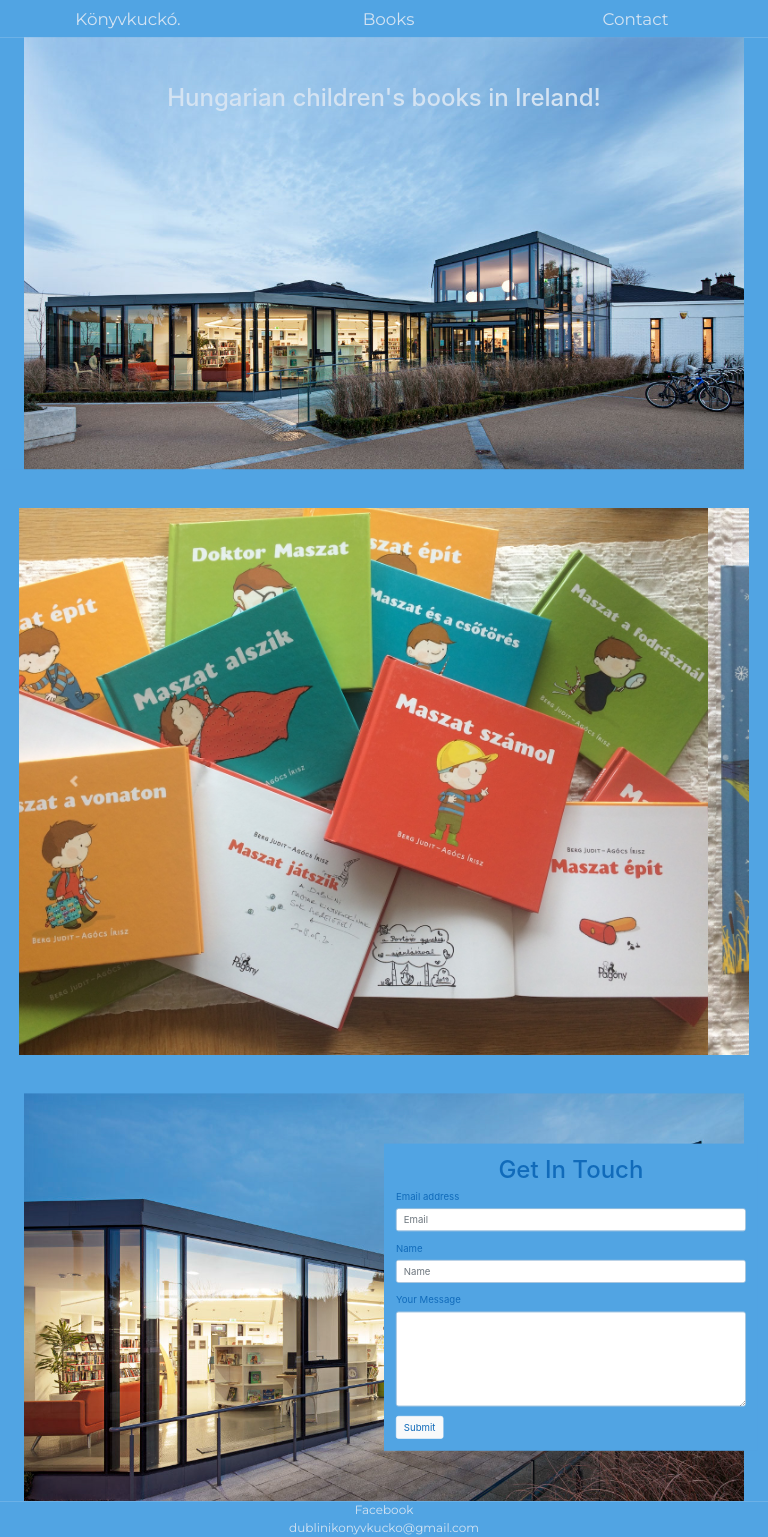
Repository: taikatta/Konyvkucko
Page: index.html
The author's editor kept a record of every edit. The page is drawn from the files as they stood at one moment, then again after the next edit.
The browser window is 1280 px wide. The pictures show the whole page, at 60% of full size.
Backgrounds fixed to the window are drawn as part of the page.

Above is the page before.

### index.html
<!DOCTYPE html>
<html lang="en">

<head>
    <meta charset="UTF-8">
    <meta name="viewport" content="width=device-width, initial-scale=1.0">
    <meta http-equiv="X-UA-Compatible" content="ie=edge">
    <link rel="stylesheet" href="https://stackpath.bootstrapcdn.com/bootstrap/4.3.1/css/bootstrap.min.css" type="text/css" />
    <link rel="stylesheet" href="https://stackpath.bootstrapcdn.com/font-awesome/4.7.0/css/font-awesome.min.css" type="text/css" />

    <link rel="stylesheet" href="css/style.css" type="text/css" />
    <title>Dublini Magyar Könyvkuckó</title>
</head>

<body>
    <header>
        <div class="row no-gutters">
            <a href="index.html" style="text-decoration: none" class="col-md-4 brand">Könyvkuckó.</a>
            <div class="col-md-8 d-none d-md-block">
                <div class="col">
                    <ul id="nav" class="list-inline menucontainer">
                        <li class="col-6 list-inline-item menuitem">
                            <a href="#books"><span>Books</span></a>
                        </li>
                        <li class="col-6 list-inline-item menuitem">
                            <a href="#contact"><span>Contact</span></a>
                        </li>
                    </ul>
                </div>
            </div>
        </div>
    </header>


    <section>
        <div class="home-background firstphoto">
            <h1 class="introduction">Hungarian children's books in Ireland!</h1>
        </div>


        <section id="books" class="jumbotron">
            <div id="carouselExampleControls" class="carousel slide" data-ride="carousel">
                <div class="carousel-inner">
                    <div class="carousel-item active">
                        <img class="d-block w-100" src="images/Maszat.jpg" alt="Maszat">
                    </div>
                    <div class="carousel-item">
                        <img class="d-block w-100" src="images/Lenge.jpg" alt="Lenge mesek">
                    </div>
                    <div class="carousel-item">
                        <img class="d-block w-100" src="images/Varro.jpg" alt="Varro Dani">
                    </div>
                </div>
                <a class="carousel-control-prev" href="#carouselExampleControls" role="button" data-slide="prev">
                <span class="carousel-control-prev-icon" aria-hidden="true"></span>
                <span class="sr-only">Previous</span>
             </a>
                <a class="carousel-control-next" href="#carouselExampleControls" role="button" data-slide="next">
                <span class="carousel-control-next-icon" aria-hidden="true"></span>
                <span class="sr-only">Next</span>
              </a>
            </div>
        </section>


       <!-- <div class="home-background secondphoto">
        </div> -->

        <section id="contact" class="jumbotron">
            <div class="row">
                <div class="col-sm-6"></div>
                <div class="col-xs-12 col-sm-6" id= "contactform" >
                    <h1 style="text-align: center">Get In Touch</h1>
                    <form>
                        <div class="form-group">
                            <label for="exampleFormControlInput1">Email address</label>
                            <input type="email" class="form-control" id="exampleFormControlInput1" placeholder="Email">
                        </div>
                        <div class="form-group">
                            <label for="exampleFormControlInput1">Name</label>
                            <input type="text" class="form-control" id="exampleFormControlInput1" placeholder="Name">
                        </div>

                        <div class="form-group">
                            <label for="exampleFormControlTextarea1">Your Message</label>
                            <textarea class="form-control" id="exampleFormControlTextarea1" rows="6"></textarea>
                        </div>
                        <button type="submit" class="btn btn-light" style="color: #116bba">Submit</button>
                    </form>

                </div>
            </div>

        </section>

      <!--  <div class="home-background thirdphoto">
        </div> -->

    </section>
    <footer>
        <div>
            <a href="https://www.facebook.com/konyvkucko/" target="_blank" style="text-decoration: none">
                <span style="color: #d4e3f2">Facebook</span></a>
            <br>
            <span>dublinikonyvkucko@gmail.com</span>
        </div>
    </footer>

    <script src="https://code.jquery.com/jquery-3.3.1.slim.min.js" integrity="sha384-q8i/X+965DzO0rT7abK41JStQIAqVgRVzpbzo5smXKp4YfRvH+8abtTE1Pi6jizo" crossorigin="anonymous"></script>
    <script src="https://cdnjs.cloudflare.com/ajax/libs/popper.js/1.14.7/umd/popper.min.js" integrity="sha384-UO2eT0CpHqdSJQ6hJty5KVphtPhzWj9WO1clHTMGa3JDZwrnQq4sF86dIHNDz0W1" crossorigin="anonymous"></script>
    <script src="https://stackpath.bootstrapcdn.com/bootstrap/4.3.1/js/bootstrap.min.js" integrity="sha384-JjSmVgyd0p3pXB1rRibZUAYoIIy6OrQ6VrjIEaFf/nJGzIxFDsf4x0xIM+B07jRM" crossorigin="anonymous"></script>

</body>

</html>

### css/style.css
@import url('https://fonts.googleapis.com/css?family=Montserrat&display=swap:100, 200, 300, 400, 500, 600, 700');

/*--------------------------------------------Colors*/

header {
    margin: 0;
    background-color: #51a4e3; /* #1d7fcf; */
    text-align: center;
}


.introduction {
    text-align: center;
    height: 560px;

}

section {
    background-color: #51a4e3;
}

html {
  scroll-behavior: smooth;
}

#contactform {
    background-color: #51a4e3;
    margin: 20px auto;
    padding: 20px;
    color: #116bba;
}

#contact {
    background: url("../images/deansgrange3.jpg") no-repeat center fixed;
}

.jumbotron {
    margin-bottom: 0;
}

.home-background {
    color: #d4e3f2;
    height: 100vh;
    background-position: center;
    -webkit-background-size: cover;
    -moz-background-size: cover;
    -o-background-size: cover;
    background-size: cover;
    display: flex;
    align-items: center;
    justify-content:center;
    position: relative;
}

.firstphoto {
    background: url("../images/deansgrange1.jpg") no-repeat center fixed;
}

.secondphoto {
    background: url("../images/deansgrange4.jpg") no-repeat center fixed;
}



.list-inline-item:not(:last-child) {
    margin: 0;
}

#books {
    margin: 0;
    background-color: #51a4e3;
}

.menucontainer {
    font-size: 0;
    min-height: 60px;
}

.menuitem a {
    width: 100%;
    text-decoration: none;
}

#nav li {
    font-family: "Montserrat", sans-serif;
    font-weight: 200;
    font-size: 28px;
    margin-top: 10px;
    margin-bottom: 10px;
    text-align: center;
}

#nav span {
    color: #d4e3f2;
}

.brand {
    color: #d4e3f2;
    font-family: "Montserrat", sans-serif;
    font-weight: 200;
    font-size: 28px;
    margin-top: 10px;
    margin-bottom: 10px;
    text-align: center;
}

.brand:hover {
    color: #d4e3f2;
}

#nav {
    margin: 0;
}


.page-title h1 {
    padding-top: 10px;
    text-align: center;
}

.container {
    padding: 10px 0;
    background-color: #d4e3f2;

}

#button1, #button2, #button3, #button4 {
    margin-top: 10px;
    margin-bottom: 10px;
}

footer  {
    font-family: "Montserrat", sans-serif;
    font-weight: 100;
    font-size: 20px;
    color: #d4e3f2;
    background-color: #51a4e3;
    text-align: center;
    margin: 0;
}

After the next edit:
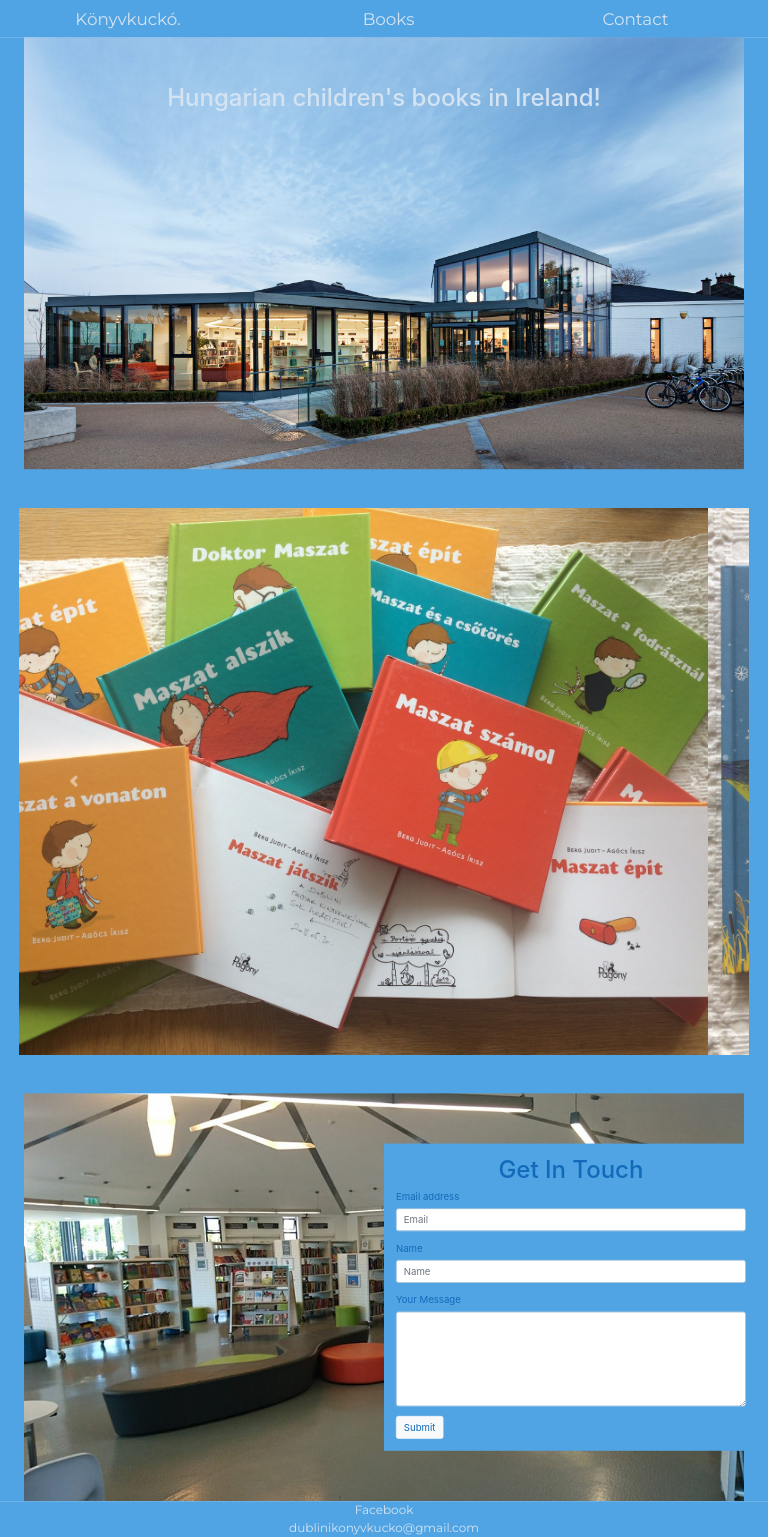
The edit:
--- a/css/style.css
+++ b/css/style.css
@@ -31,7 +31,7 @@
 }
 
 #contact {
-    background: url("../images/deansgrange3.jpg") no-repeat center fixed;
+    background: url("../images/deansgrange4.jpg") no-repeat center fixed;
 }
 
 .jumbotron {
